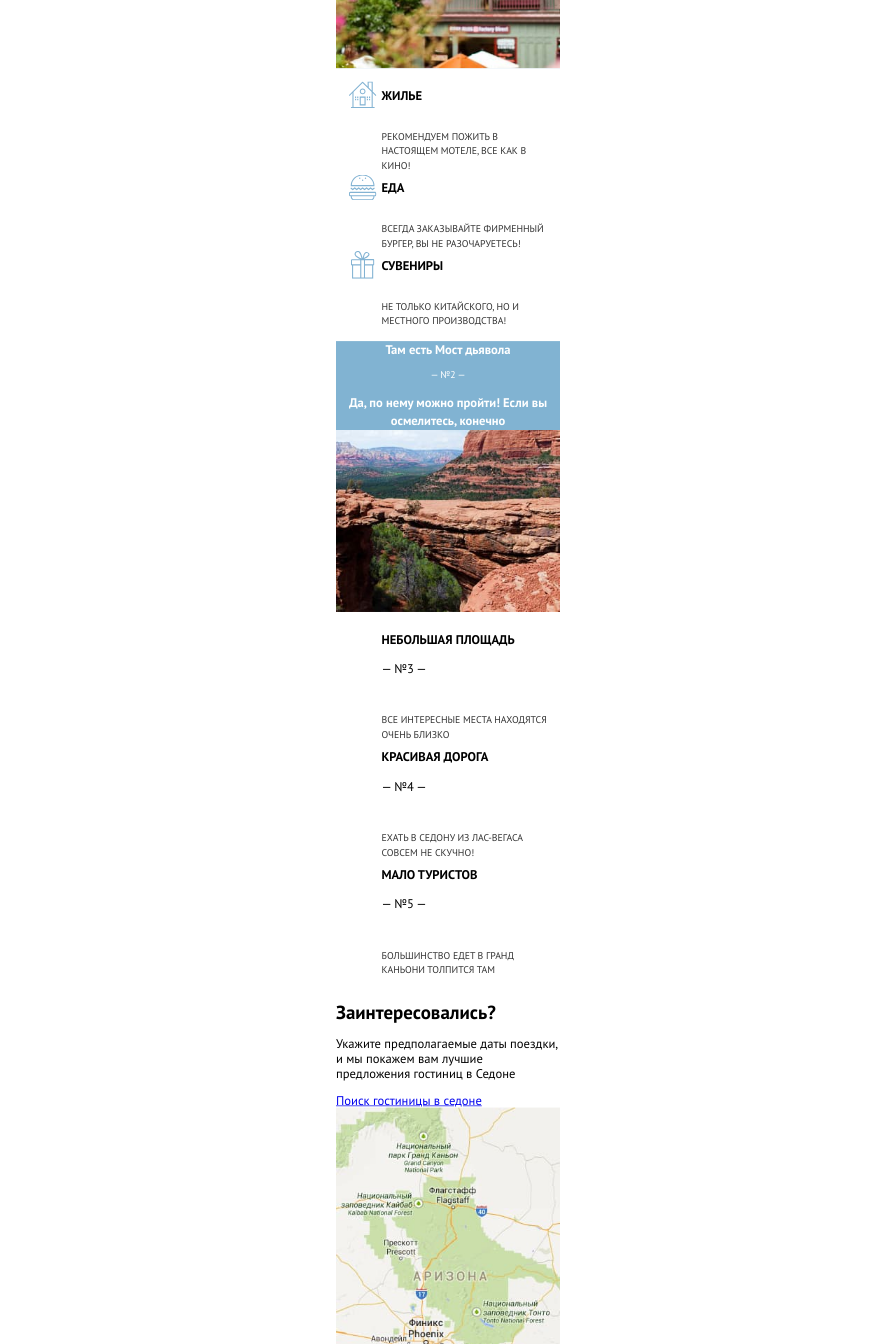
Repository: iKrekus/2149661-sedona-27
Page: source/index.html
An editor plug-in stored every save of this project. The page is shown before and after the next save, followed by the edit.
The browser window is 1280 px wide. The pictures show the part of the page from y = 1005 to 2925 px (the page is 3059 px tall before and 3153 px after), at 70% of full size.
The style sheet was rebuilt from its Sass, Less or Tailwind sources for each picture, by a compiler version that may differ from the author's.

Above is the page before, as saved 2022-12-05 12:05:22.

After the next save:
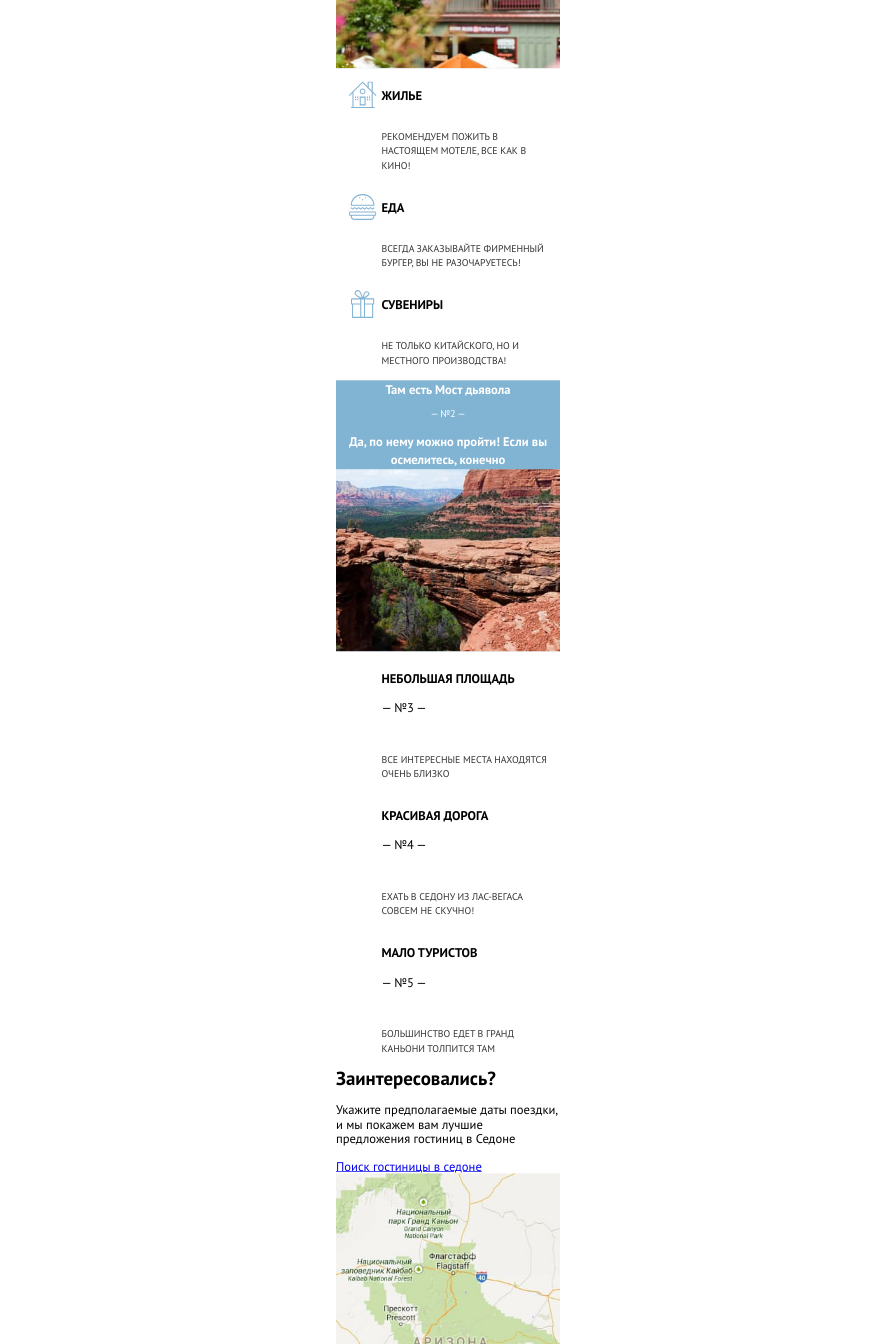
Saved 39 s later.
--- a/source/sass/blocks/body/advantages.scss
+++ b/source/sass/blocks/body/advantages.scss
@@ -3,14 +3,14 @@
 
 .advantages {
   padding: 0 18px;
-  display: flex;
-  flex-direction: column;
-  row-gap: 28px;
 }
 
 .advantages__list {
   list-style-type: none;
   padding: 0;
+  display: flex;
+  flex-direction: column;
+  row-gap: 28px;
 }
 
 .advantages__item {
